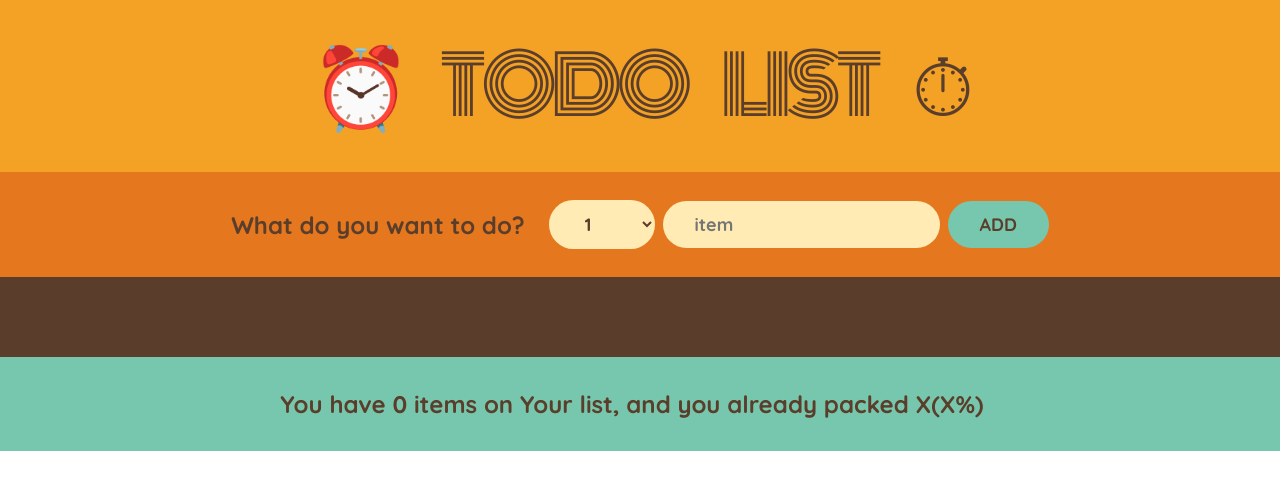
Repository: noemiepham/travel-list-react
Page: /
An editor plug-in stored every save of this project. The page is shown before and after the next save, followed by the edit.
The browser window is 1280 px wide. The pictures show the whole page.
The project was rebuilt for these pictures with package versions that can differ from the ones it lists, and the page was loaded fresh each time.

Above is the page before, as saved 2023-12-10 08:29:01.

After the next save:
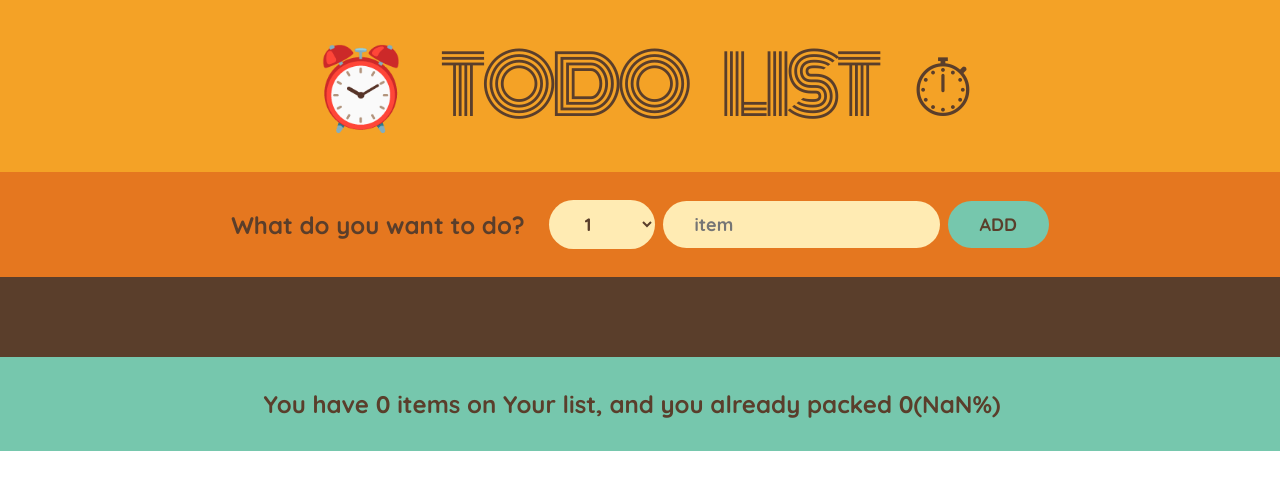
Saved 94 s later.
--- a/src/App.js
+++ b/src/App.js
@@ -111,11 +111,14 @@ function List({ item, onToggleItem, onDelete }) {
 function Stats({ items }) {
   console.log("footer", items);
   const lists = items.length;
+  const done = items.length;
+  const percent = (lists / done) * 100;
   return (
     <div className="stats" key={items.id}>
       <h3>
         {" "}
-        You have {lists} items on Your list, and you already packed X(X%)
+        You have {lists} items on Your list, and you already packed {done}(
+        {percent}%)
       </h3>
     </div>
   );
